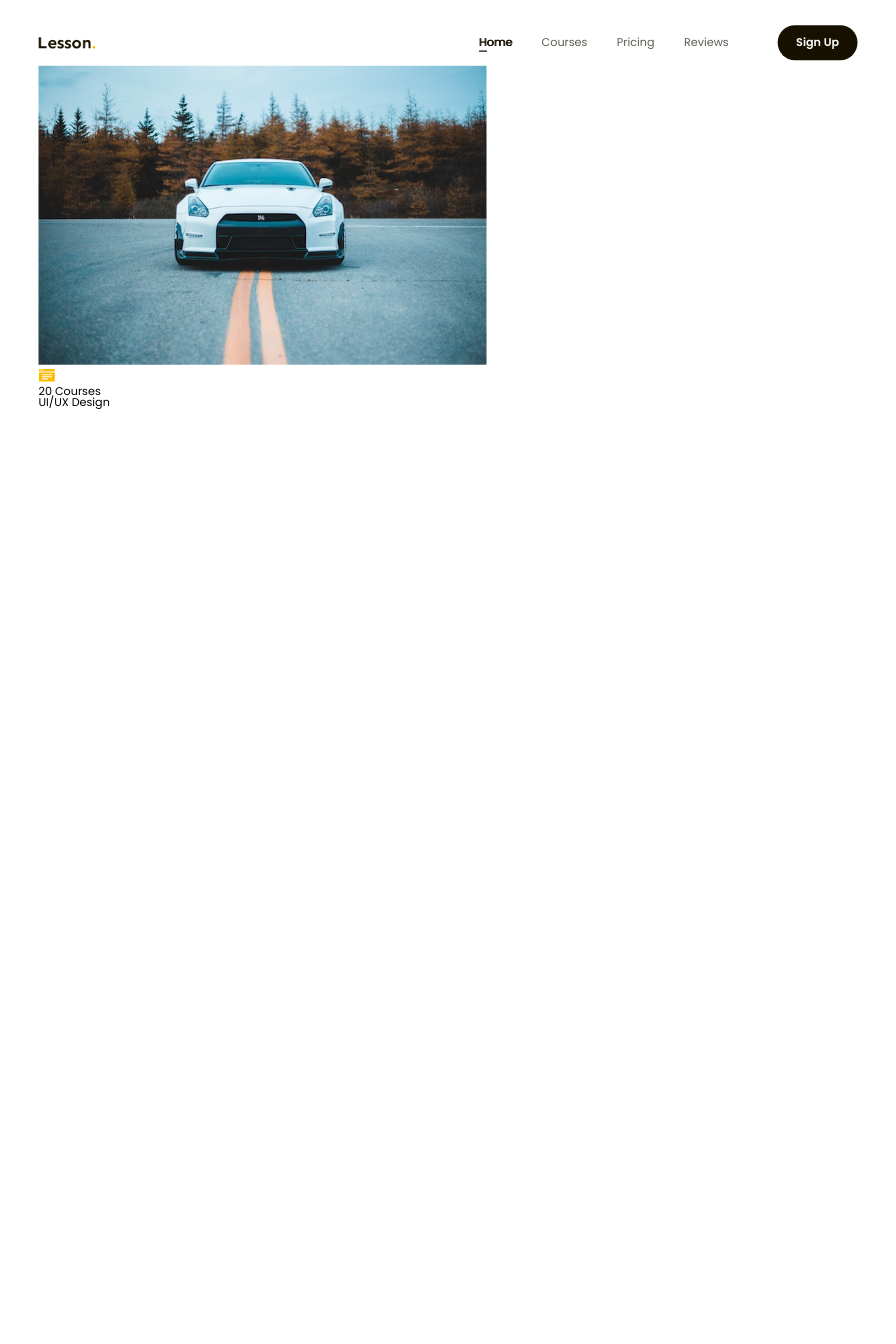
Repository: dongnguyen2112/htmlcss-project-02
Page: index.html
An editor plug-in stored every save of this project. The page is shown before and after the next save, followed by the edit.
The browser window is 1280 px wide. The pictures show the part of the page from y = 0 to 1920 px (the page is 5000 px tall), at 70% of full size.

Above is the page before, as saved 2023-07-03 13:25:08.

### index.html
<!DOCTYPE html>
<html lang="en">
    <head>
        <meta charset="UTF-8" />
        <meta name="viewport" content="width=device-width, initial-scale=1.0" />
        <title>F8 project 01</title>
        <!-- Reset CSS -->
        <link rel="stylesheet" href="./assets/css/reset.css" />
        <!-- Font -->
        <link rel="preconnect" href="https://fonts.googleapis.com" />
        <link rel="preconnect" href="https://fonts.gstatic.com" crossorigin />
        <link
            href="https://fonts.googleapis.com/css2?family=Poppins:ital,wght@0,400;0,500;0,600;0,700;1,400&family=Sen:wght@700&display=swap"
            rel="stylesheet"
        />
        <!-- Style CSS -->
        <link rel="stylesheet" href="./assets/css/styles.css" />
    </head>
    <body>
        <main style="height: 5000px">
            <!-- Header -->
            <header class="header fixed">
                <div class="main-content">
                    <div class="body">
                        <!-- Logo -->
                        <img src="./assets/img/Logo..png" alt="" class="logo">
                        <!-- Nav -->
                        <nav class="nav">
                            <ul>
                                <li class="active">
                                    <a href="#!">Home</a>
                                </li>
                                <li>
                                    <a href="#!">Courses</a>
                                </li>
                                <li>
                                    <a href="#!">Pricing</a>
                                </li>
                                <li>
                                    <a href="#!">Reviews</a>
                                </li>
                            </ul>
                        </nav>
                        <!-- Action -->
                        <div class="action">
                            <a href="#!" class="btn sign-up-btn">Sign Up </a>
                        </div>
                    </div>
            </header>
            <!-- Hero -->
            <div class="hero">
                <div class="main-content">
                    <div class="body">
                        <!-- Hero-left -->
                        <div class="media-block">
                            <img src="./assets/img/hero-img.jpg" alt="Learn without limits and spread knowledge." class="img">

                            <div class="hero-sumary">
                                <div class="item">
                                    <div class="icon">
                                        <img src="./assets/icon/list.svg" alt="">
                                    </div>
                                    <div class="info">
                                        <div class="lable">20 Courses</div>
                                        <div class="title">UI/UX Design</div>
                                    </div>
                                </div>
                            </div>
                        </div>
                        <!-- Hero-right -->
                        <div class="content-block">

                        </div>
                    </div>
                </div>
            </div>
        </main>
    </body>
</html>

### assets/css/styles.css
* {
    box-sizing: border-box;
}
html {
    font-size: 62.5%;
}
body {
    font-size: 1.6rem;
    font-family: "Poppins", sans-serif;
}
/* Common */
a {
    text-decoration: none;
}
.main-content {
    width: 1170px;
    max-width: calc(100% - 48px);
    margin-left: auto;
    margin-right: auto;
}
.btn {
    display: inline-block;
    min-width: 118px;
    padding: 0 16px;
    line-height: 50px;
    color: #fff;
    text-align: center;
    font-size: 1.6rem;
    font-weight: 600;
    border-radius: 24.5px;
    background: #171100;
}
/* Header */

.header.fixed {
    position: sticky;
    top: -28px;
}
.header .body {
    display: flex;
    align-items: center;
    padding: 36px 0 8px;
}
.header .sign-up-btn {
    min-width: 114px;
}
.header .action {
    margin-left: 49px;
}
.nav {
    margin-left: auto;
}
.nav ul {
    display: flex;
}
.nav a {
    color: #5f5b53;
    font-size: 1.6rem;
    padding: 8px 21px;
    position: relative;
}
.nav a:hover,
.nav .active a {
    color: #171100;
    font-size: 1.6rem;
    /* font-weight: 600; */
    text-shadow: 1px 0 0 currentColor;
}
.nav .active a::after {
    content: "";
    left: 21px;
    display: block;
    width: 12px;
    height: 2px;
    border-radius: 1px;
    background: #171100;
    position: absolute;
    bottom: 6px;
}

Loaded but not shown: assets/css/reset.css (common file)

After the next save:
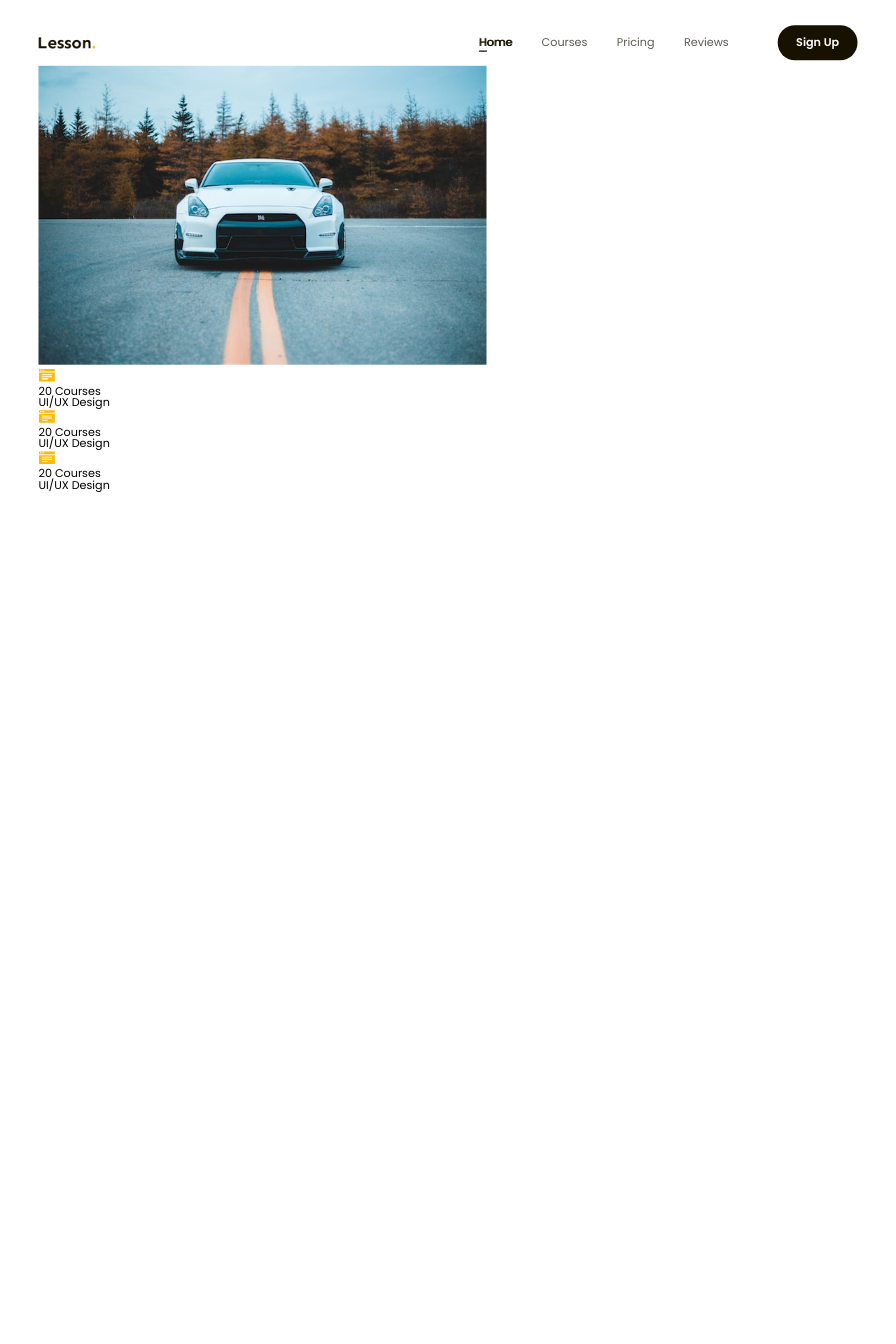
Saved 35 s later.
--- a/index.html
+++ b/index.html
@@ -65,6 +65,24 @@
                                         <div class="title">UI/UX Design</div>
                                     </div>
                                 </div>
+                                <div class="item">
+                                    <div class="icon">
+                                        <img src="./assets/icon/list.svg" alt="">
+                                    </div>
+                                    <div class="info">
+                                        <div class="lable">20 Courses</div>
+                                        <div class="title">UI/UX Design</div>
+                                    </div>
+                                </div>
+                                <div class="item">
+                                    <div class="icon">
+                                        <img src="./assets/icon/list.svg" alt="">
+                                    </div>
+                                    <div class="info">
+                                        <div class="lable">20 Courses</div>
+                                        <div class="title">UI/UX Design</div>
+                                    </div>
+                                </div>
                             </div>
                         </div>
                         <!-- Hero-right -->
